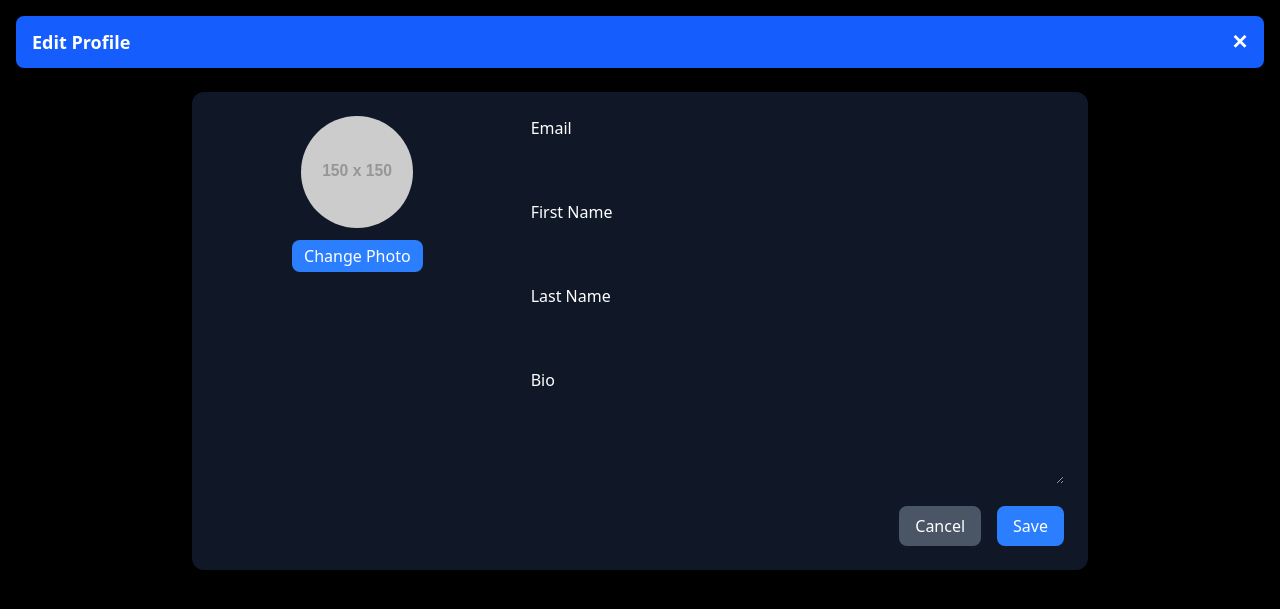
Repository: Tushal27/LinkdPlus-Frontend
Page: /Edit-Profile
An editor plug-in stored every save of this project. The page is shown before and after the next save, followed by the edit.
The browser window is 1280 px wide. The pictures show the whole page.
The page's requests for data from a server got no answer. The project was rebuilt for these pictures with package versions that can differ from the ones it lists, and the page was loaded fresh each time. No one was signed in, and anything a server would have sent is missing. Also part of the build but not shown: vite.config.js, src/pages/Login.jsx, src/pages/Register.jsx, src/pages/HomePage.jsx, src/pages/Profile.jsx, src/components/CommentsDrawer.jsx, src/pages/Posts.jsx. Imported but missing from the stored project, and not drawn on this page: src/components/PostCard, src/pages/Layout.

Above is the page before, as saved 2025-08-04 01:27:06.

After the next save:
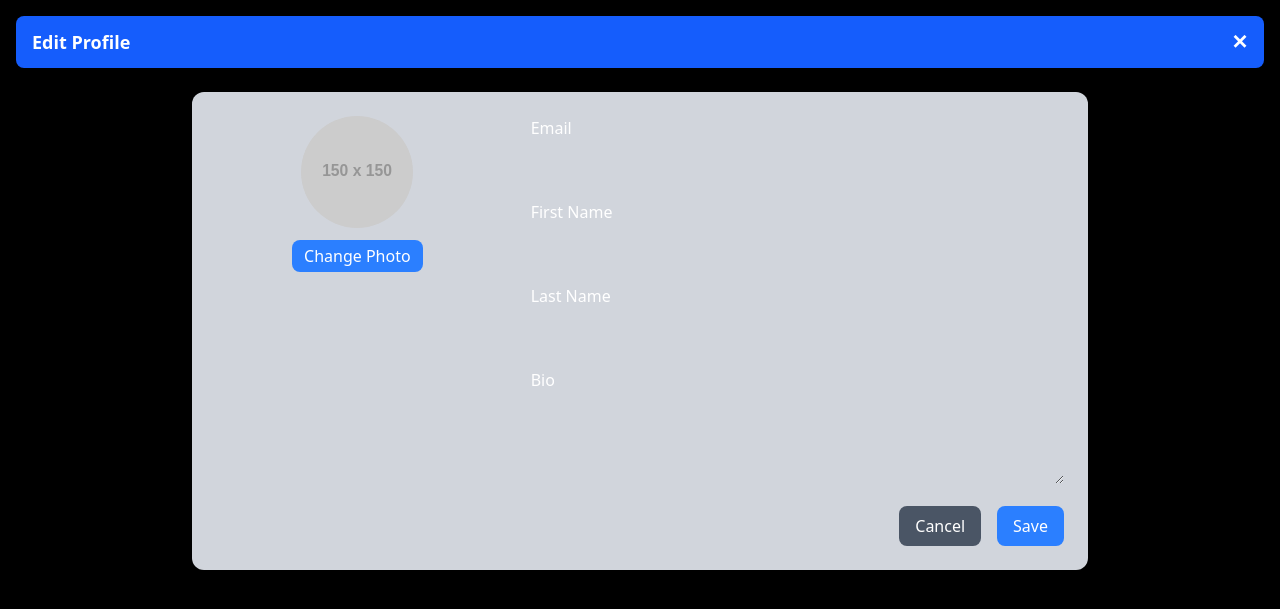
Saved 44 s later.
--- a/src/pages/EditProfile.jsx
+++ b/src/pages/EditProfile.jsx
@@ -78,7 +78,7 @@
         </button>
       </div>
 
-      <div className="max-w-4xl mx-auto bg-gray-900 p-6 rounded-xl shadow-lg flex flex-col md:flex-row gap-8">
+      <div className="max-w-4xl mx-auto bg-gray-300 p-6 rounded-xl shadow-lg flex flex-col md:flex-row gap-8">
         {/* Avatar Section */}
         <div className="flex flex-col items-center md:w-1/3">
           <img

After the save that followed:
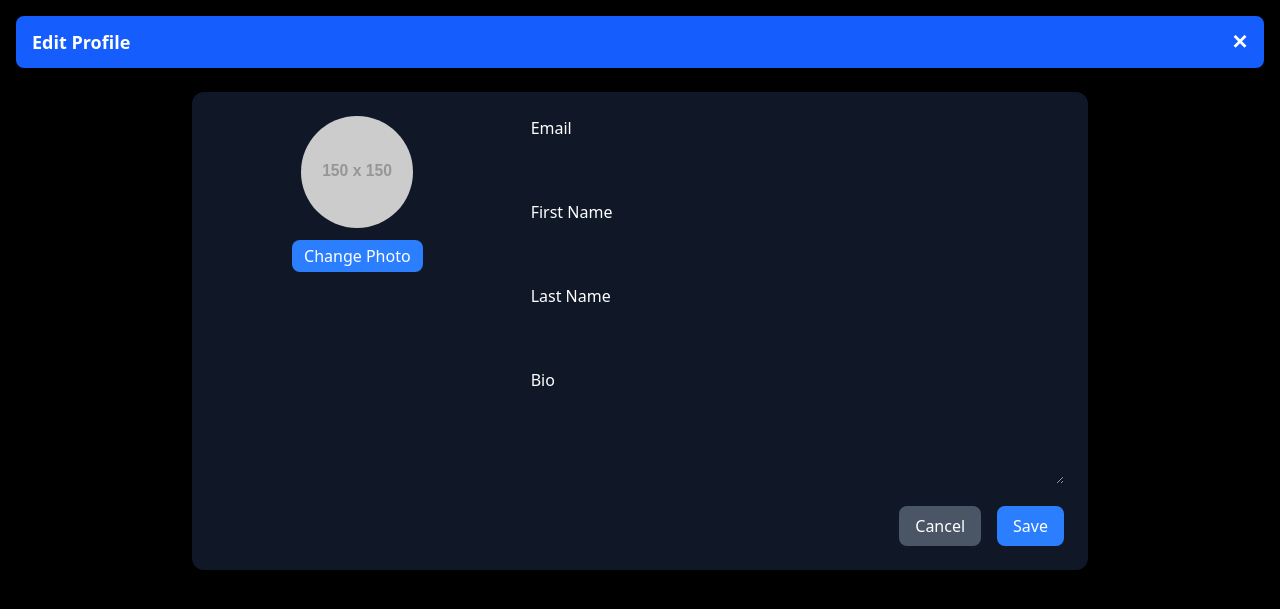
Saved 41 s later.
--- a/src/pages/EditProfile.jsx
+++ b/src/pages/EditProfile.jsx
@@ -78,7 +78,7 @@
         </button>
       </div>
 
-      <div className="max-w-4xl mx-auto bg-gray-300 p-6 rounded-xl shadow-lg flex flex-col md:flex-row gap-8">
+      <div className="max-w-4xl mx-auto bg-gray-900 p-6 rounded-xl shadow-lg flex flex-col md:flex-row gap-8">
         {/* Avatar Section */}
         <div className="flex flex-col items-center md:w-1/3">
           <img
